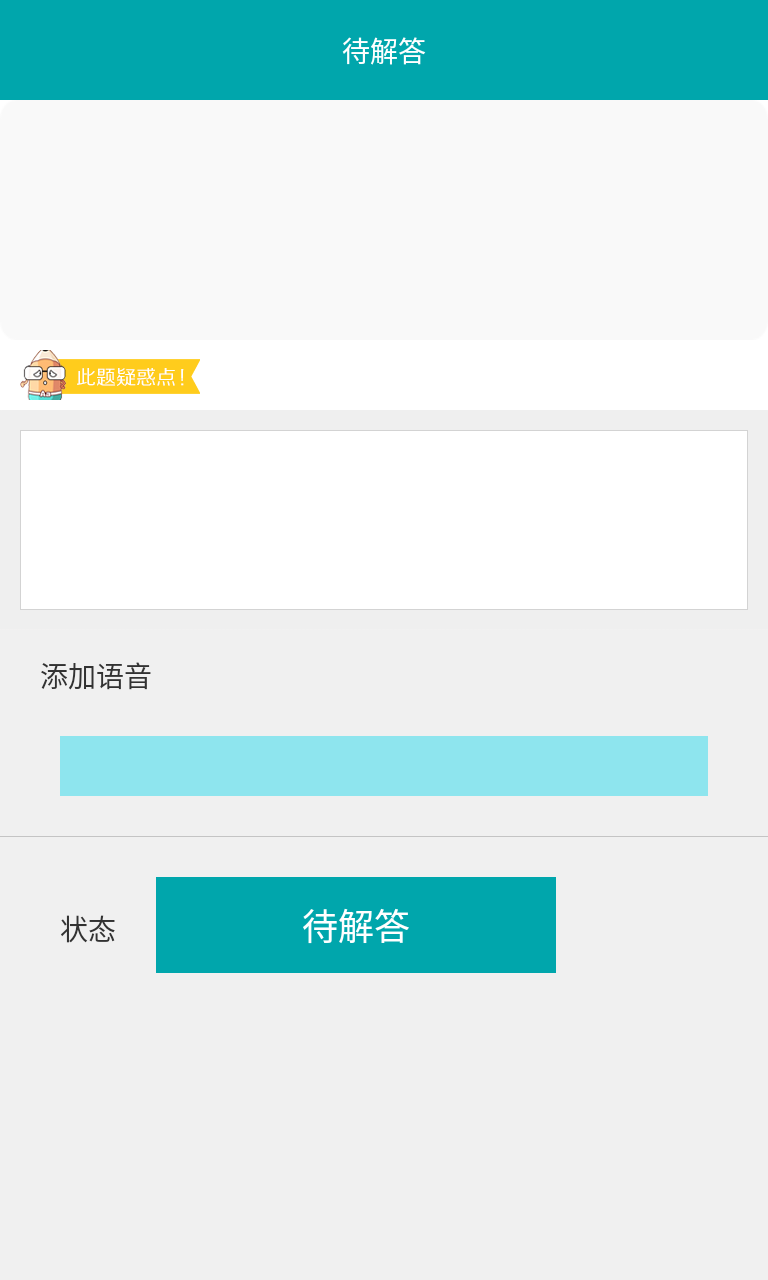
Repository: 2015-Forever/JWD
Layout: Jwd/res/layout/activity_un_answer.xml
The author's editor kept a copy of each file at every save. The layout is drawn from the files as they stood at one save, then again after the next save.
It is drawn on a 768 x 1280 px phone screen (xhdpi) without system bars, with theme AppTheme; the app's code is not run.

Above is the layout before, as saved 2015-07-16 05:49:07.

After the next save:
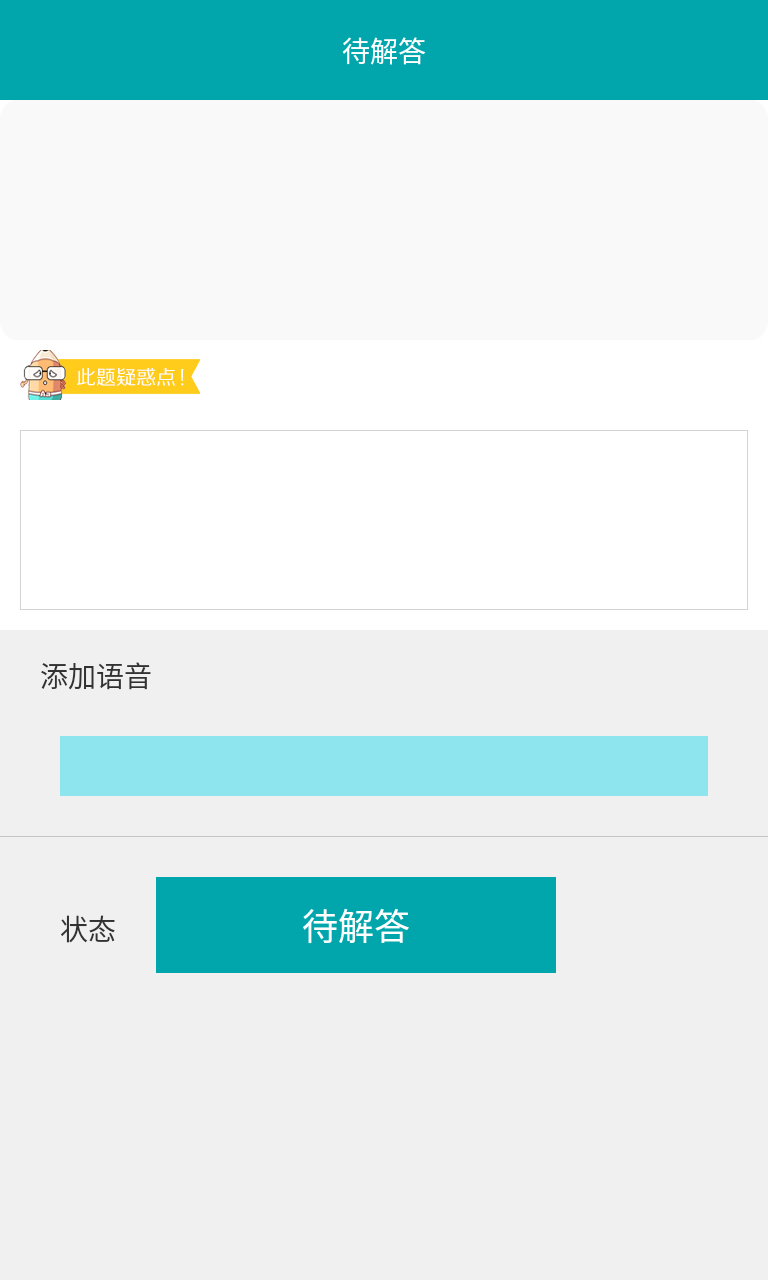
Saved 51 s later.
--- a/Jwd/res/layout/activity_un_answer.xml
+++ b/Jwd/res/layout/activity_un_answer.xml
@@ -39,8 +39,7 @@
         android:layout_width="match_parent"
         android:layout_height="110dp"
         android:gravity="center_vertical"
-        android:padding="10dp"
-        android:background="@drawable/cheek_icon">
+        android:padding="10dp" >
 
         <EditText
             android:layout_width="fill_parent"

After the save that followed:
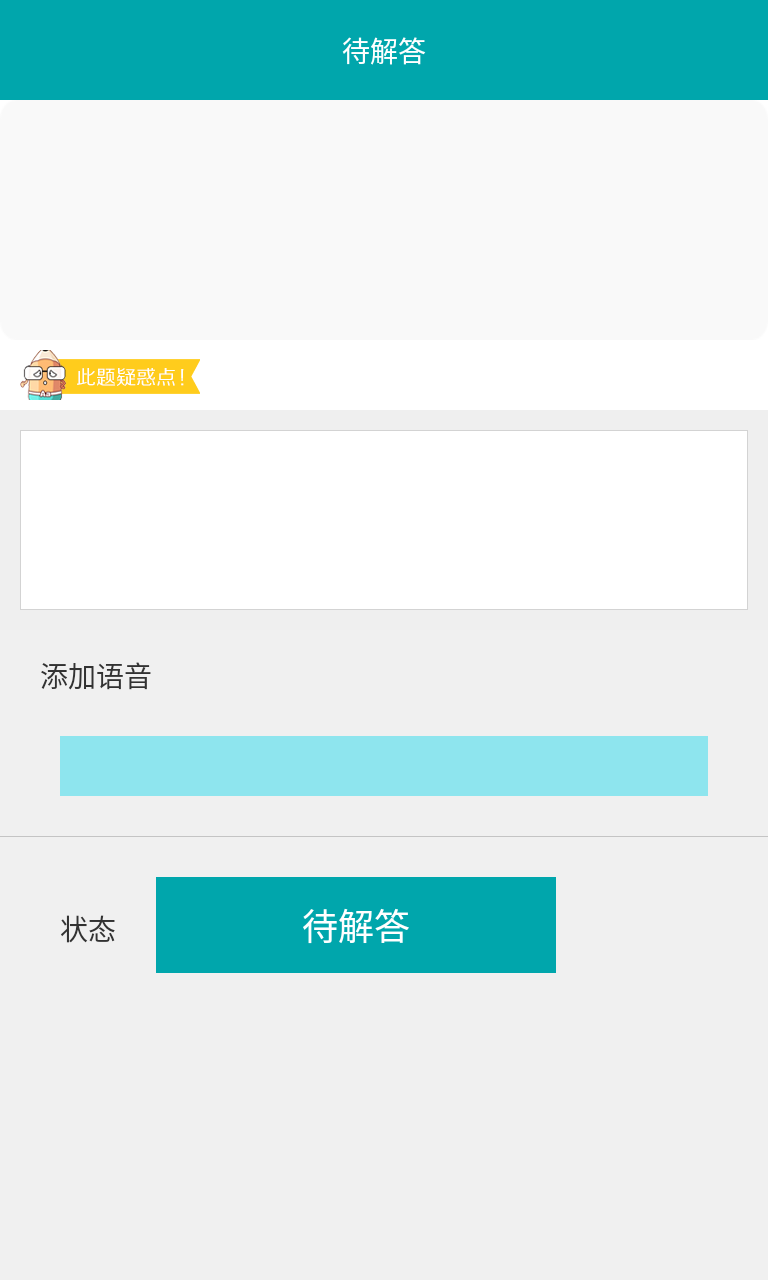
Saved 56 s later.
--- a/Jwd/res/layout/activity_un_answer.xml
+++ b/Jwd/res/layout/activity_un_answer.xml
@@ -39,7 +39,8 @@
         android:layout_width="match_parent"
         android:layout_height="110dp"
         android:gravity="center_vertical"
-        android:padding="10dp" >
+        android:padding="10dp"
+        android:background="#EFEFEF" >
 
         <EditText
             android:layout_width="fill_parent"
